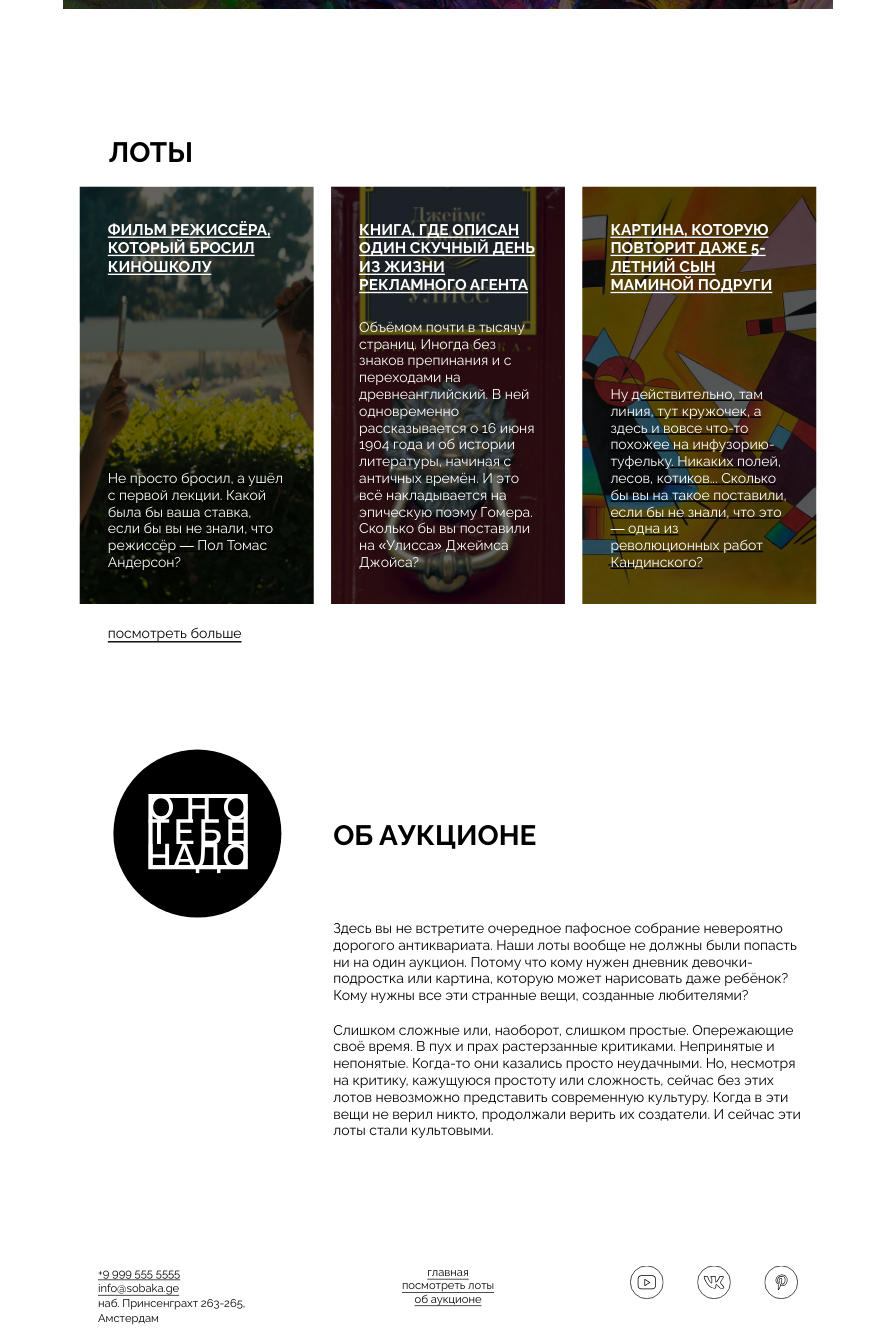
Repository: NikWolf75/ono-tebe-nado-fd
Page: index.html
An editor plug-in stored every save of this project. The page is shown before and after the next save, followed by the edit.
The browser window is 1280 px wide. The pictures show the part of the page from y = 1037 to 2957 px (the page is 2953 px tall before and 2957 px after), at 70% of full size.

Above is the page before, as saved 2024-12-17 14:19:23.

After the next save:
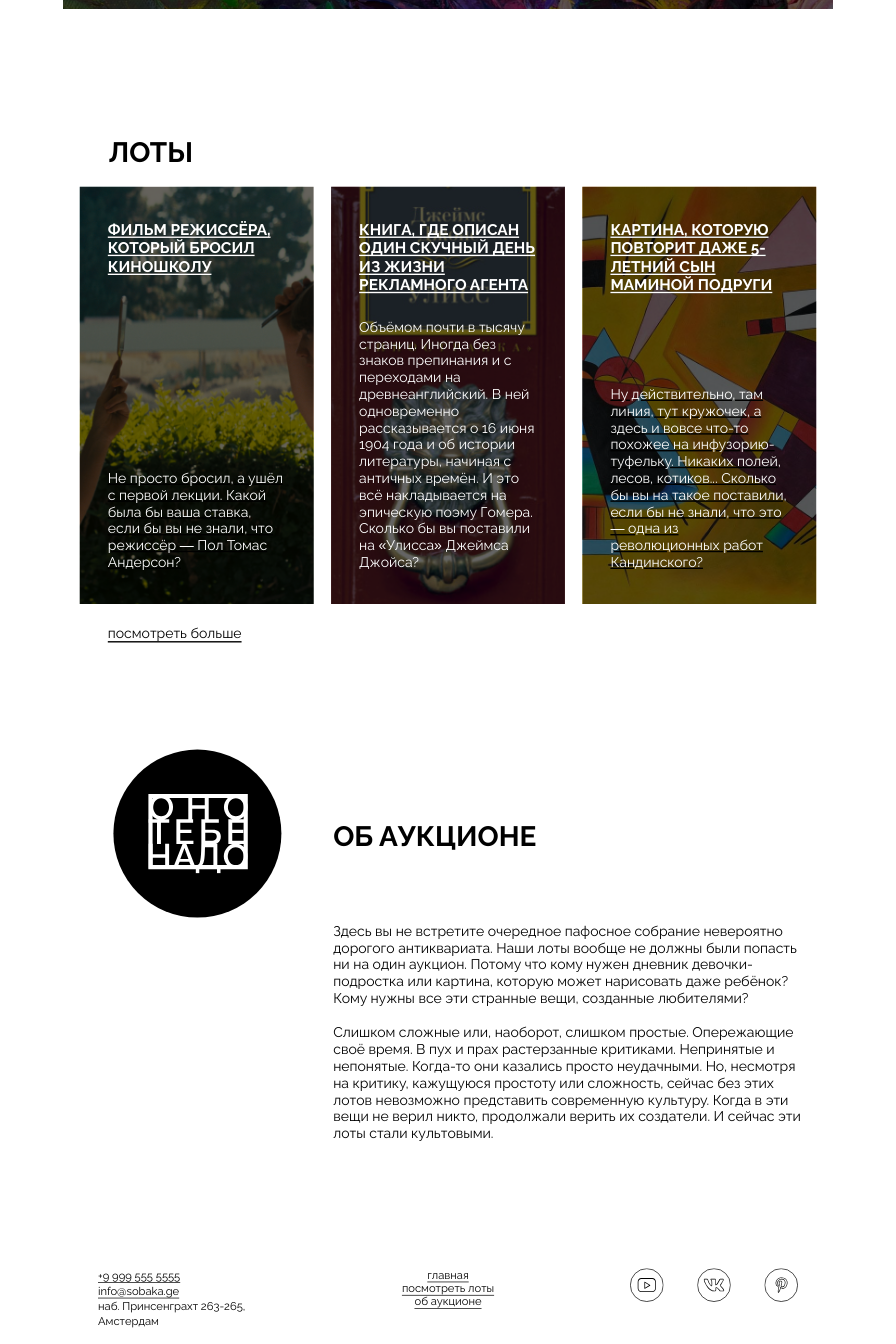
Saved 4 s later.
--- a/styles/style.css
+++ b/styles/style.css
@@ -229,7 +229,7 @@
 }
 
 .about__title {
-  margin: 98px 0;
+  margin: 100px 0;
   font-size: 40px;
   font-weight: 700;
   font-style: normal;
